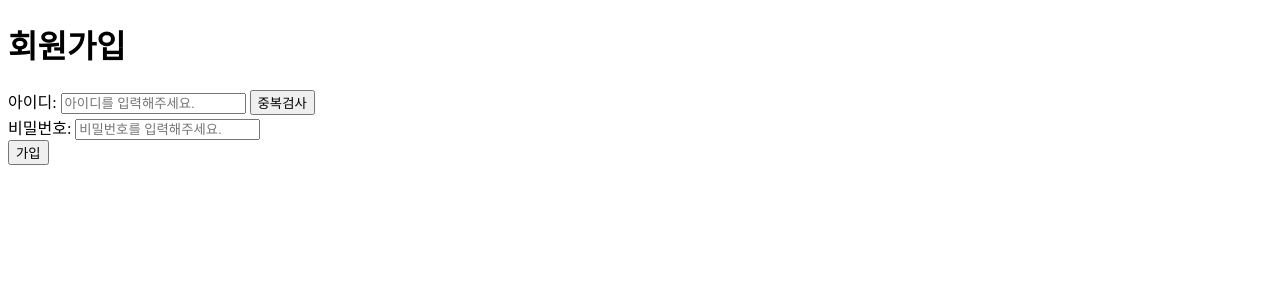
Repository: Chojaejun/javastudy
Page: HelloWorld/WebContent/d.html
An editor plug-in stored every save of this project. The page is shown before and after the next save, followed by the edit.
The browser window is 1280 px wide. The pictures show the whole page.

Above is the page before, as saved 2020-12-04 07:10:00.

### HelloWorld/WebContent/d.html
<!DOCTYPE html>
<html>
<head>
<meta charset="UTF-8">
<title>회원가입 페이지</title>
</head>
<body>
<h1>회원가입</h1>

<form action="a.html" method="post">
<label for="id">아이디: </label>
<input id="id" name="id" placeholder="아이디를 입력해주세요."> <button>중복검사</button>

<br>
<label for="pw1">비밀번호: </label>
<input id="pw1" type="password" name="pw1" placeholder="비밀번호를 입력해주세요.">

<br>


<input type="submit" value="가입">

</form>

</body>
</html>

After the next save:
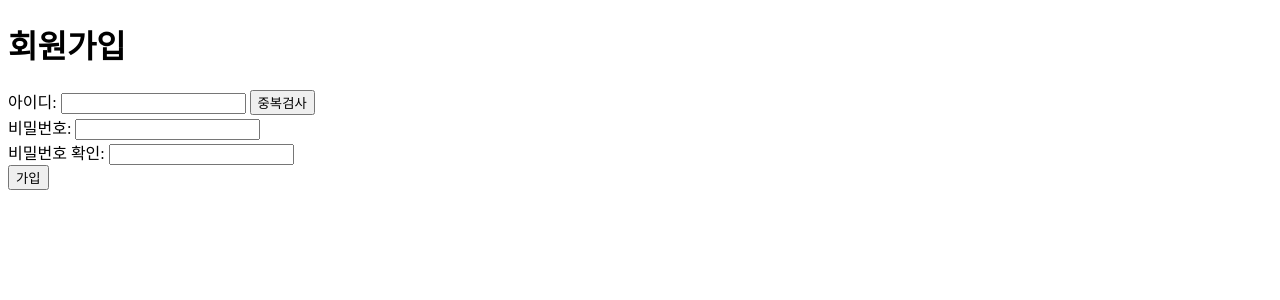
Saved 73 s later.
--- a/HelloWorld/WebContent/d.html
+++ b/HelloWorld/WebContent/d.html
@@ -9,11 +9,14 @@
 
 <form action="a.html" method="post">
 <label for="id">아이디: </label>
-<input id="id" name="id" placeholder="아이디를 입력해주세요."> <button>중복검사</button>
+<input id="id" name="id"> <button>중복검사</button>
 
 <br>
 <label for="pw1">비밀번호: </label>
-<input id="pw1" type="password" name="pw1" placeholder="비밀번호를 입력해주세요.">
+<input id="pw1" type="password" name="pw1">
+<br>
+<label for="pw2">비밀번호 확인: </label>
+<input id="pw1" type="password" name="pw2">
 
 <br>
 
